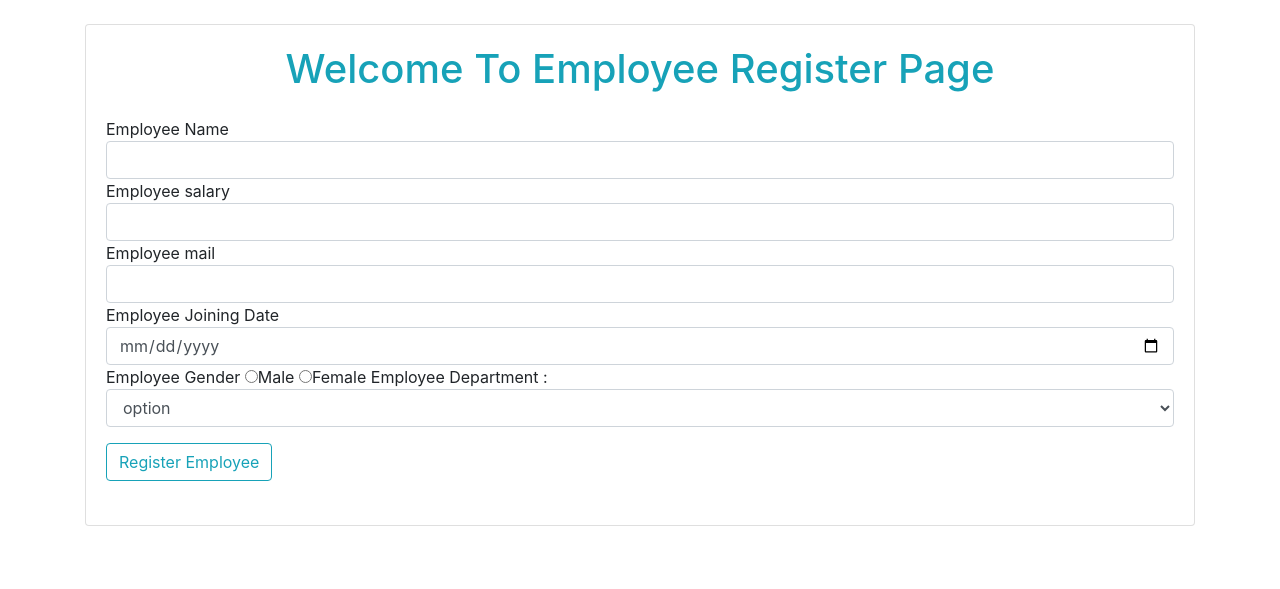
Repository: lokeshsukhwal/EmployeeMiniProject
Page: http://localhost/EmployeeRegister
These files come from the project's save history. The page is drawn as it stood at one moment and after the next save; the edit follows.
The browser window is 1280 px wide. The pictures show the whole page.
The page is this project's Thymeleaf template; nobody is signed in. The template is opened directly, without the code that normally fills it, so the values that code supplies are empty.

Above is the page before, as saved 2023-01-18 14:29:11.

### SpringBootMvc-ThymeleafMySqlCrudMiniProject/src/main/resources/templates/EmployeeRegister.html
<!DOCTYPE html>
<html xmlns:th="https://www.thymeleaf.org/">
<head>
<meta charset="ISO-8859-1">
<title>Employee register page</title>
<!-- Latest compiled and minified CSS -->
<link rel="stylesheet"
	href="https://cdn.jsdelivr.net/npm/bootstrap@4.6.2/dist/css/bootstrap.min.css">
</head>
<body>
	<div class="container">
		<div class="card mt-4 ">
			<div class="card-body ">
				<h1 class=" text-info text-center">Welcome To Employee Register Page</h1>
		<form th:action="@{/employee/save}" method="POST" class="mt-4 form ">
			Employee Name <input type="text" name="empName"class="form-control">
		    Employee salary <input type="text"name="empSalary" class="form-control">
		    Employee mail <input type="email" name="empMail" class="form-control">
		 Employee Joining Date <input type="date" name="empDoj" class="form-control">
 Employee Gender <input type="radio" name="empGender" value="male">Male
  <input type="radio" name="empGender" value="female">Female
		    Employee Department : <select name="department" class="form-control dropdown">
									<option value="#">option</option>
									<option value="dev">DEV</option>
									<option value="ba">BA</option>
									<option value="qa">QA</option>
								  </select>

		<button type="submit" class="btn btn-outline-info mt-3">Register Employee</button>

				</form>


				<h4 th:text="${message}"class="bg-success text-white mt-4 text-center"></h4>
			</div>
		</div>
	</div>
</body>
</html>

After the next save:
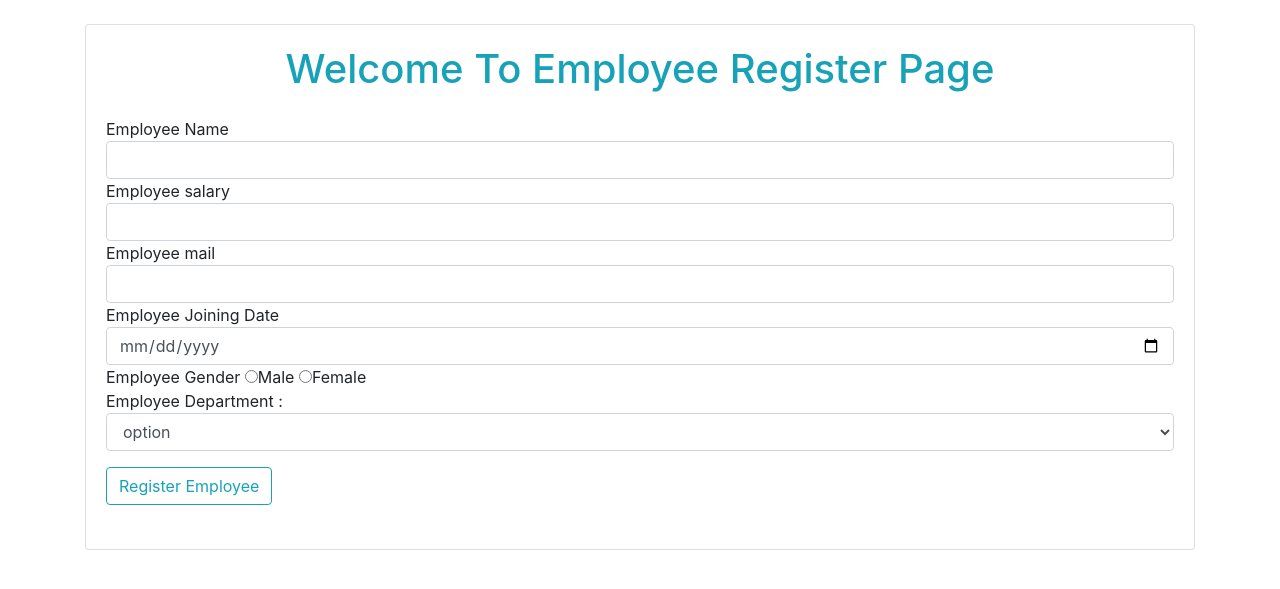
Saved 17 s later.
--- a/SpringBootMvc-ThymeleafMySqlCrudMiniProject/src/main/resources/templates/EmployeeRegister.html
+++ b/SpringBootMvc-ThymeleafMySqlCrudMiniProject/src/main/resources/templates/EmployeeRegister.html
@@ -18,7 +18,7 @@
 		    Employee mail <input type="email" name="empMail" class="form-control">
 		 Employee Joining Date <input type="date" name="empDoj" class="form-control">
  Employee Gender <input type="radio" name="empGender" value="male">Male
-  <input type="radio" name="empGender" value="female">Female
+  <input type="radio" name="empGender" value="female">Female	<br>
 		    Employee Department : <select name="department" class="form-control dropdown">
 									<option value="#">option</option>
 									<option value="dev">DEV</option>
